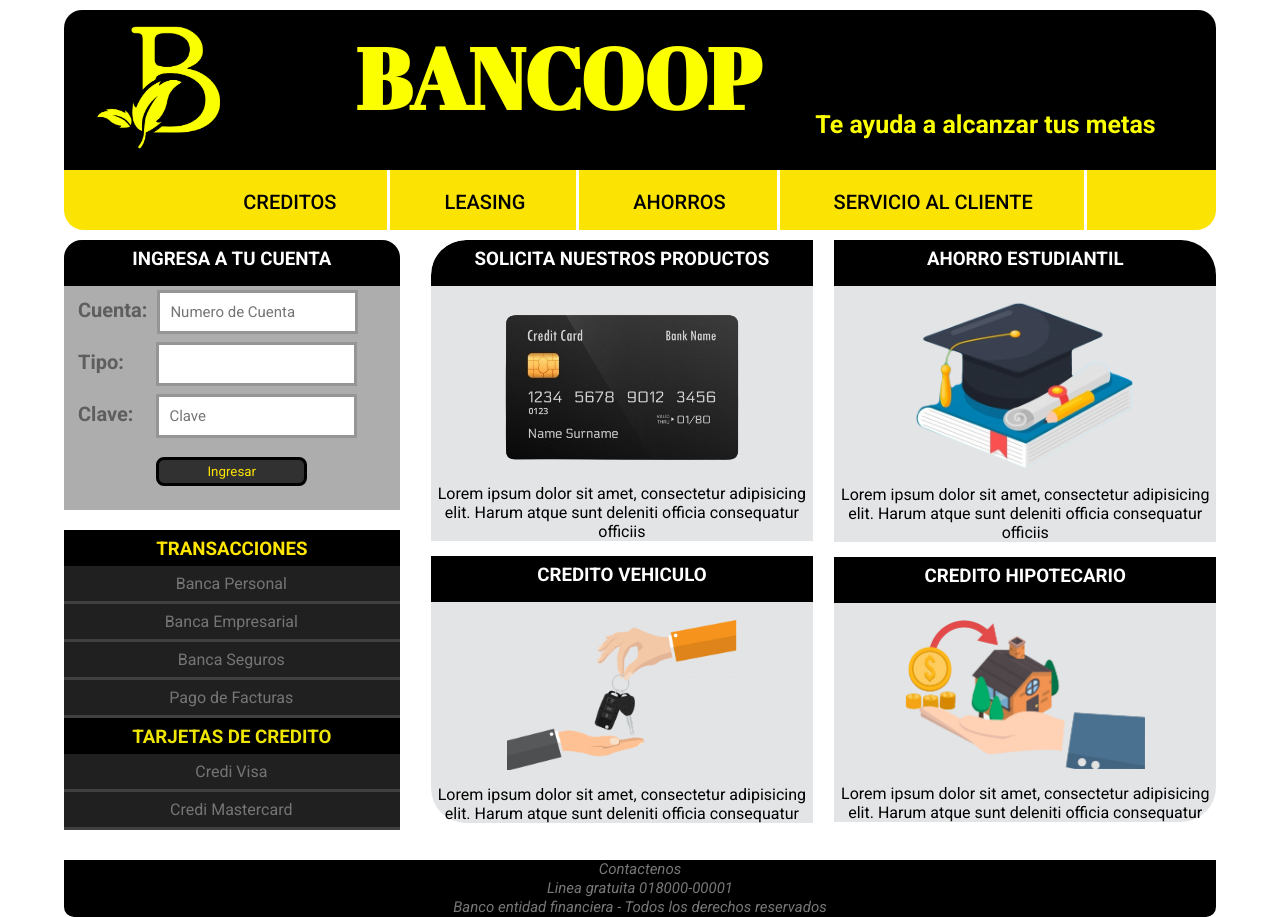
Repository: NickArregoces/BANCOOP
Page: Index.html
The author's editor kept a copy of each file at every save. The page is drawn from the files as they stood at one save, then again after the next save.
The browser window is 1280 px wide. The pictures show the whole page.
The pointer rests on the first visible `button`.

Above is the page before, as saved 2021-10-15 10:25:11.

### Index.html
<!DOCTYPE html>
<html lang="en">
<head>
    <meta charset="UTF-8">
    <meta http-equiv="X-UA-Compatible" content="IE=edge">
    <meta name="viewport" content="width=device-width, initial-scale=1.0">
    <title>BANCOOP Home</title>
    <bgsound src="musica.mid"></bgsound>
    <link rel="stylesheet" href="/CSS/Style.css">
    <link href="https://fonts.googleapis.com/css2?family=Roboto:ital,wght@0,100;0,300;0,400;0,500;0,700;0,900;1,100;1,300;1,400;1,500;1,700;1,900&display=swap" rel="stylesheet">
    <link rel="preconnect" href="https://fonts.googleapis.com">
    <link rel="preconnect" href="https://fonts.gstatic.com" crossorigin>
    <link href="https://fonts.googleapis.com/css2?family=Abril+Fatface&display=swap" rel="stylesheet">

</head>
<body>
    <div id="head">
        <header>
            <div class="image">
                <img src="/Images/logo1.png" alt="logo">
            </div>
            <div class="title" >
                <h1>BANCOOP</h1>
                <h3>Te ayuda a alcanzar tus metas</h3>
            </div>

        </header>

        <nav class="barra"></nav>

            <div class="navegador">
                <ul class="menu">
                    <li><a href="/Creditos.html">Creditos</a></li>
                    <li><a href="/Leasing.html">leasing</a></li>
                    <li><a href="/Ahorros.html">Ahorros</a></li>
                    <li><a href="/Servicio.html">Servicio al cliente</a></li>
                </ul>
            </div>

    </div>
        <div id="Contenido">
            <div class="section">
                <form action="" class="login">
                    <h3 style="color: rgb(255, 255, 255);">INGRESA A TU CUENTA</h3>
                        <div class="cuenta">
                            <h4>Cuenta:<input type="number" placeholder="Numero de Cuenta" required></h4>
                        </div>

                        <div class="tipo">
                            <h4>Tipo:<input type="text" required></h4>
                        </div>

                        <div class="clave">
                            <h4>Clave:<input type="password" placeholder="Clave" required></h4>
                        </div>

                    <div class="center">
                        <button class="sumbit"> Ingresar </button>
                    </div>

                </form>

                <article class="opciones">
                    <h3 style="color: rgb(255, 230, 0);">TRANSACCIONES</h3>
                    <li><a href="#">Banca Personal</a></li>
                    <li><a href="#">Banca Empresarial</a></li>
                    <li><a href="#">Banca Seguros</a></li>
                    <li><a href="#">Pago de Facturas</a></li>

                    <h3 style="color: rgb(238, 230, 0);">TARJETAS DE CREDITO</h3>
                    <li><a href="#">Credi Visa</a></li>
                    <li><a href="#">Credi Mastercard</a></li>
                </article>
            </div>

            <div id="Cuadros">
                <aside>
                    <div class="solicita">
                        <h3 style="color: rgb(255, 255, 255);">SOLICITA NUESTROS PRODUCTOS</h3>

                        <div id="Prueba">
                        <img id="Prubea" src="/Images/credit.png" alt="">
                        </div>

                        <p>Lorem ipsum dolor sit amet, consectetur adipisicing elit.
                            Harum atque sunt deleniti officia consequatur officiis</p>
                    </div>

                    <div class="ahorro">
                        <h3 style="color: rgb(255, 255, 255);">AHORRO ESTUDIANTIL</h3>

                        <div id="Prueba">
                        <img id="Prubea" src="/Images/Captura de pantalla 2021-10-04 181948.png" alt="">
                        </div>

                        <p>Lorem ipsum dolor sit amet, consectetur adipisicing elit.
                            Harum atque sunt deleniti officia consequatur officiis</p>
                    </div>

                    <div class="credito">
                        <h3 style="color: rgb(255, 255, 255);">CREDITO VEHICULO</h3>

                        <div id="Prueba">
                        <img id="Prubea" src="/Images/Captura de pantalla 2021-10-04 192824.png" alt="">
                        </div>

                        <p>Lorem ipsum dolor sit amet, consectetur adipisicing elit.
                            Harum atque sunt deleniti officia consequatur</p>
                    </div>
                    <div class="hipotecario">
                        <h3 style="color: rgb(255, 255, 255);">CREDITO HIPOTECARIO</h3>

                        <div id="Prueba">
                        <img id="Prubea" src="/Images/Wallpaper(80).jpg" alt="">
                        </div>

                        <p>Lorem ipsum dolor sit amet, consectetur adipisicing elit.
                            Harum atque sunt deleniti officia consequatur </p>
                    </div>
                </aside>
            </div>

            <div>
                <footer>
                        <p>Contactenos</p>
                        <p>Linea gratuita 018000-00001</p>
                        <p>Banco entidad financiera
                        - Todos los derechos reservados</p>
                </footer>
            </div>
        </div>

</body>
</html>

### CSS/Style.css

*{
    margin: 0 auto;
    padding: 0;
    list-style:none;
    font-family: 'Roboto', sans-serif;
}
body{
    font-family: Arial, Helvetica, sans-serif;
    background: rgb(255, 255, 255);
    width: 90%;
    color: rgb(0, 0, 0);
}
header{
    display: flex;
    justify-content: space-around;
    padding: 10px 0px;
    margin-top: 10px;
    background:rgb(0, 0, 0);
    border-top-left-radius:  18px;
    border-top-right-radius:  18px;
    height: 120px;
}
    /*Logo*/
    .image img{
        float: left;
        width: 130px;
        cursor: pointer;
        /*margin-left: 330px;
        margin-top: 5px;*/
    }
    header .title h1{
        width: 400px;
        height: 90px;
        margin-left: 70px;
        font-family: 'Abril Fatface', cursive;
        font-size: 85px;
        text-align: center;
        color: rgb(251, 255, 0);
    }

    header .title h3{
        width: 400px;
        margin-left: 500px;
        font-size: 25px;
        text-align: center;
        color: rgb(251, 255, 0);
    }

nav.barra{
    background: rgb(0, 0, 0);
    height: 20px;
}
div.navegador{
    text-align: center;
}
    ul.menu{
        border-bottom-left-radius: 20px 20px;
        border-bottom-right-radius: 20px 20px;
        background: rgb(251, 227, 3);
        height: 60px;
        list-style: none;
        padding: 0;
        max-width: 10000px;
    }
    .menu a{
        height: 20px;
        font-size: 20px;
        font-weight: 500;
        margin-right: 1px;
        text-transform: uppercase;
        text-decoration: none;
        color:black;
        padding: 20px;
        display: inline-block;
        transition: all 0.3s;
    }
    .menu li {
        border-right: solid white;
        display: inline-block;
        padding: 0px 30px;
        list-style: none;

        }
    .menu a:hover{
        background: #8d8405b6;
        color: white;
        border-radius: 10px;
        padding:10px 15px;
        }

.section{
    width: 30%;
    float: left;
}
    /*Formulario Login*/
    form{
        background: rgb(173, 173, 173);
        border-top-left-radius: 18px;
        border-top-right-radius: 18px;
        margin-top: 10px;
        margin-right:10px;
        margin-bottom: 10px;
        height: 270px;
    }
        form h3{
            text-align: center;
            background: black;
            height: 30px;
            padding: 8px;
            border-top-left-radius: 18px;
            border-top-right-radius: 18px;
        }
        form h4{
            font-size: 20px;
            padding: 4px;
            margin-left: 10px;
            color: rgb(95, 93, 93);

        }
        form input{
            font-size: 15px;
            width: 55%;
            padding: 10px;
            display: inline;
            border: solid rgb(149, 149, 149);
            margin-left: 10px;
        }
        div.clave input {
            margin-left: 23px;
        }
        div.tipo input {
            margin-left: 32px;
        }
        div.center{
            margin-top: 10px;
            margin: auto;
            text-align: center;
            width: 50%;
            cursor: pointer;
        }
        button{
            margin-top: 15px;
            width: 90%;
            padding: 4px;
            background: rgb(251, 227, 3);
            border: solid black;
            cursor: pointer;
        }
        button:hover{
            background: #000000b6;
            color: rgb(251, 227, 3);
            border-radius: 8px;
        }
    /*Menu lateral*/
    article {
        height: 300px;
        background: rgb(32, 32, 32);
        margin-top: 20px;
        margin-right:10px;
        margin-bottom: 10px;
    }
        article h3{
            text-align: center;
            padding: 8px;
            height: 20px;
            background: black;
        }
        .opciones li a{
            font-size: 16px;
            margin-right: 1px;
            text-align: center;
            text-decoration: none;
            color:rgb(117, 117, 117);
            padding: 8px;
            display: inline-block;
        }
        .opciones li {
            border-bottom: solid rgba(68, 68, 68, 0.897);
            text-align: center;
            display:inline-flexbox;
            }
        .opciones li a:hover{
            background: #242323b6;
            color: rgb(251, 227, 3);
            padding: 10px;
            }

    /*Servicios*/
aside{
    width: 69%;
    height: 610px;
    margin-top: 10px;
    float: right;
    margin-bottom: 10px;
}
    div.solicita{
        width: 48%;
        float: left;
        border-top-left-radius: 35px;
        margin-left: 10px;
        background: #e3e4e5;
        text-align:center;
        overflow:hidden;
    }
    /*Centrado Imagenes aside*/
    #Prueba{
        display: flex;
        align-items: center;
        justify-content: center;
    }
        div.solicita img {
            width: 250px;
            margin-top: 15px;
            margin-bottom: 15px;
            cursor:pointer;
        }
        /*Efecto Imagenes aside*/
        div aside img:hover{
            -webkit-transform:scale(1.1);
            transform:scale(1.1);
        }
        div.solicita h3{
            text-align: center;
            background: black;
            height: 30px;
            padding: 8px;
            border-top-left-radius: 35px;
        }
        div.solicita p{
            display: inline-block;
            text-align: center;
        }

    div.ahorro {
        width: 48%;
        float: right;
        border-top-right-radius: 35px;
        margin-left: 10px;
        background: #e3e4e5;
    }
        div.ahorro img {
            width: 220px;
            margin-top: 15px;
            margin-bottom: 15px;
            cursor:pointer;
        }
        div.ahorro h3{
            text-align: center;
            background: black;
            height: 30px;
            padding: 8px;
            border-top-right-radius: 35px;
        }
        div.ahorro p{
            display: inline-block;
            text-align: center;
        }

    div.credito {
        width: 48%;
        float: left;
        margin-top: 15px;
        border-bottom-left-radius: 35px;
        margin-left: 10px;
        background: #e3e4e5;
    }
        div.credito img {
            width: 230px;
            margin-top: 15px;
            margin-bottom: 15px;
            cursor:pointer;
        }
        div.credito h3{
            text-align: center;
            background: black;
            height: 30px;
            padding: 8px;
        }
        div.credito p{
            display: inline-block;
            text-align: center;
        }

    div.hipotecario {
        width: 48%;
        float: right;
        border-top-right-radius: 35px;
        border-bottom-right-radius: 35px;
        margin-top: 15px;
        background: #e3e4e5;
        }
            div.hipotecario img {
                width: 240px;
                margin-top: 15px;
                margin-bottom: 15px;
                cursor:pointer;
            }
            div.hipotecario h3{
                text-align: center;
                background: black;
                height: 30px;
                padding: 8px;
            }
            div.hipotecario p{
                display: inline-block;
                text-align: center;
            }

    /*Pie de Pagina*/
footer{
    background: black;
    clear: both;
    border-bottom-left-radius: 10px;
    border-bottom-right-radius: 10px;
}
    footer p{
        font-size: 15px;
        text-align: center;
        line-height: 15px;
        color: rgb(121, 119, 119);
        font-style:italic;
        padding: 2px;
    }

After the next save:
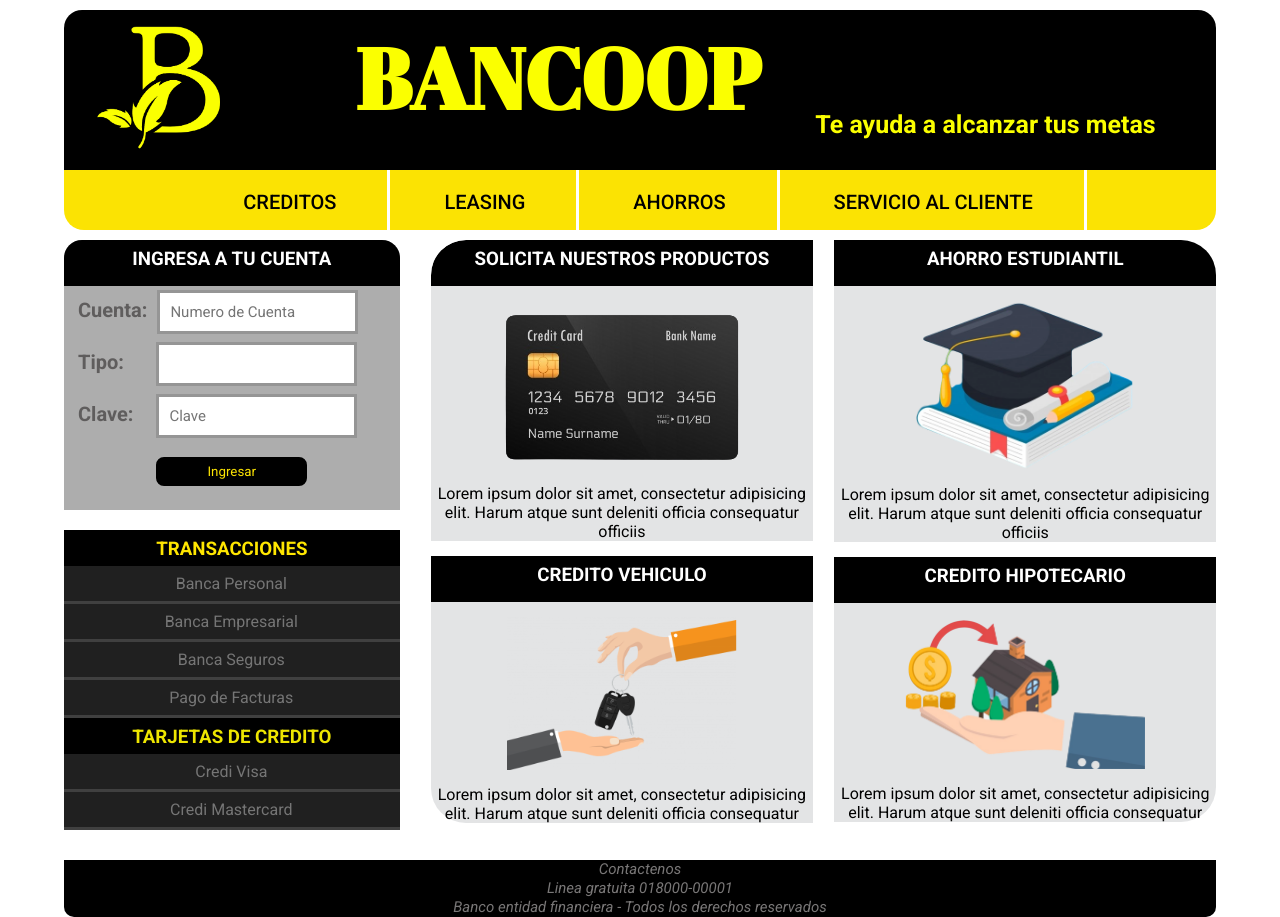
Saved 13 s later.
--- a/CSS/Style.css
+++ b/CSS/Style.css
@@ -148,7 +148,7 @@ div.navegador{
             cursor: pointer;
         }
         button:hover{
-            background: #000000b6;
+            background: #000000;
             color: rgb(251, 227, 3);
             border-radius: 8px;
         }
